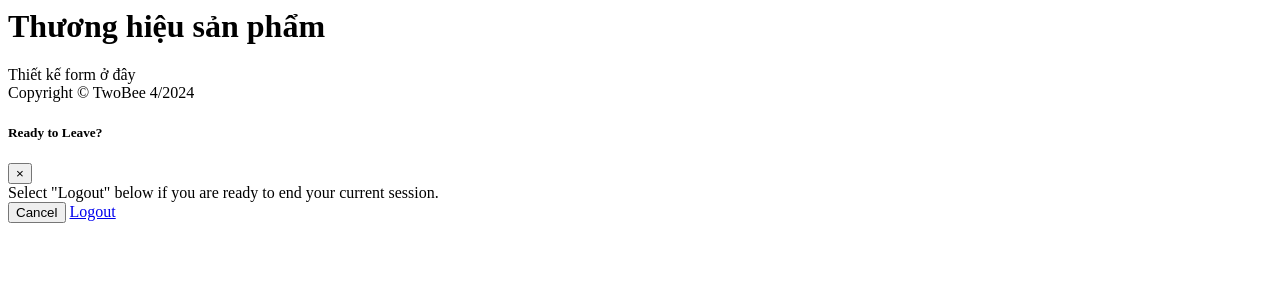
Repository: tuandh111/Java-6-asm
Page: Front-end/Java6_asm_/templates/admin/orders.html
The author's editor kept a copy of each file at every save. The page is drawn from the files as they stood at one save, then again after the next save.
The browser window is 1280 px wide. The pictures show the whole page.

Above is the page before, as saved 2024-03-30 20:40:43.

### Front-end/Java6_asm_/templates/admin/orders.html
<!-- Page Wrapper -->
<div id="wrapper">

    <!-- Sidebar -->
    <ul class="navbar-nav bg-gradient-primary sidebar sidebar-dark accordion" id="accordionSidebar"
        ng-include="'component/admin/sidebar.html'">
    </ul>
    <!-- End of Sidebar -->

    <!-- Content Wrapper -->
    <div id="content-wrapper" class="d-flex flex-column">

        <!-- Main Content -->
        <div id="content">

            <!-- Topbar -->
            <nav class="navbar navbar-expand navbar-light bg-white topbar mb-4 static-top shadow"
                ng-include="'component/admin/content-nav.html'">
            </nav>
            <!-- End of Topbar -->

            <!-- Begin Page Content -->
            <div class="container-fluid">

                <!-- Page Heading -->
                <div class="d-sm-flex align-items-center justify-content-between mb-4">
                    <h1 class="h3 mb-0 text-gray-800">Thương hiệu sản phẩm</h1>
                </div>

                <div class="row">

                    Thiết kế form ở đây

                </div>

            </div>
            <!-- /.container-fluid -->

        </div>
        <!-- End of Main Content -->

        <!-- Footer -->
        <footer class="sticky-footer bg-white">
            <div class="container my-auto">
                <div class="copyright text-center my-auto">
                    <span>Copyright &copy; TwoBee 4/2024</span>
                </div>
            </div>
        </footer>
        <!-- End of Footer -->

    </div>
    <!-- End of Content Wrapper -->

</div>
<!-- End of Page Wrapper -->

<!-- Scroll to Top Button-->
<a class="scroll-to-top rounded" href="#page-top">
    <i class="fas fa-angle-up"></i>
</a>

<!-- Logout Modal-->
<div class="modal fade" id="logoutModal" tabindex="-1" role="dialog" aria-labelledby="exampleModalLabel"
    aria-hidden="true">
    <div class="modal-dialog" role="document">
        <div class="modal-content">
            <div class="modal-header">
                <h5 class="modal-title" id="exampleModalLabel">Ready to Leave?</h5>
                <button class="close" type="button" data-dismiss="modal" aria-label="Close">
                    <span aria-hidden="true">×</span>
                </button>
            </div>
            <div class="modal-body">Select "Logout" below if you are ready to end your current session.</div>
            <div class="modal-footer">
                <button class="btn btn-secondary" type="button" data-dismiss="modal">Cancel</button>
                <a class="btn btn-primary" href="login.html">Logout</a>
            </div>
        </div>
    </div>
</div>

<!-- Bootstrap core JavaScript-->
<script src="../../assets/admin/js/vendor/jquery/jquery.min.js"></script>
<script src="../../assets/admin/js/vendor/bootstrap/js/bootstrap.bundle.min.js"></script>

<!-- Core plugin JavaScript-->
<script src="../../assets/admin/js/vendor/jquery-easing/jquery.easing.min.js"></script>

<!-- Custom scripts for all pages-->
<script src="../../assets/admin/js/sb-admin-2.min.js"></script>

Loaded but not shown: Front-end/Java6_asm_/assets/admin/js/vendor/jquery/jquery.min.js (library); Front-end/Java6_asm_/assets/admin/js/vendor/bootstrap/js/bootstrap.bundle.min.js (library); Front-end/Java6_asm_/assets/admin/js/vendor/jquery-easing/jquery.easing.min.js (common file); Front-end/Java6_asm_/assets/admin/js/sb-admin-2.min.js (common file)

After the next save:
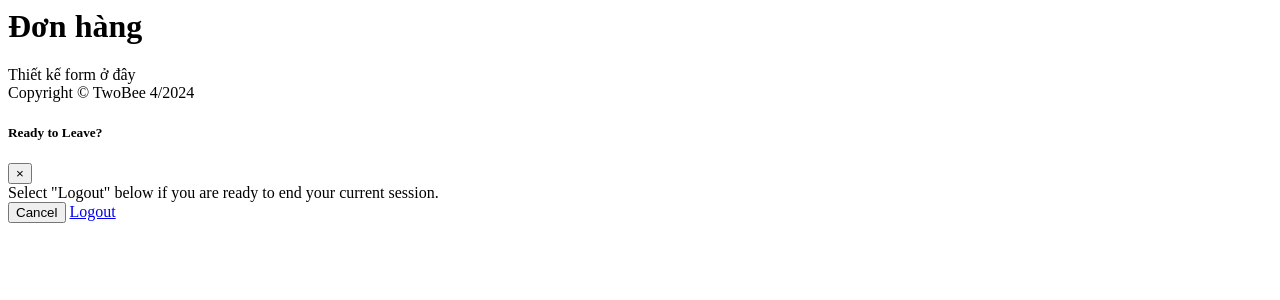
Saved 2 min 5 s later.
--- a/Front-end/Java6_asm_/templates/admin/orders.html
+++ b/Front-end/Java6_asm_/templates/admin/orders.html
@@ -24,7 +24,7 @@
 
                 <!-- Page Heading -->
                 <div class="d-sm-flex align-items-center justify-content-between mb-4">
-                    <h1 class="h3 mb-0 text-gray-800">Thương hiệu sản phẩm</h1>
+                    <h1 class="h3 mb-0 text-gray-800">Đơn hàng</h1>
                 </div>
 
                 <div class="row">
